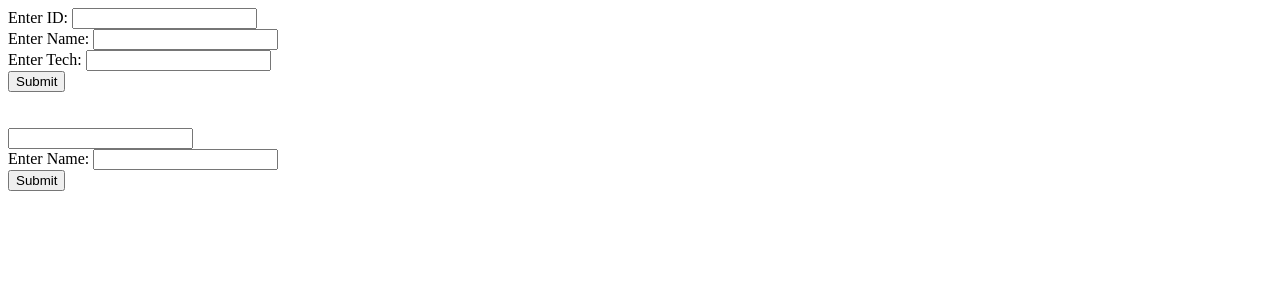
Repository: gobsyats/SpringBootWebJPA
Page: http://localhost/SpringBootJPA/home.jsp
An editor plug-in stored every save of this project. The page is shown before and after the next save, followed by the edit.
The browser window is 1280 px wide. The pictures show the whole page.
The page is served by Tomcat 9.

Above is the page before, as saved 2020-02-14 06:34:06.

After the next save:
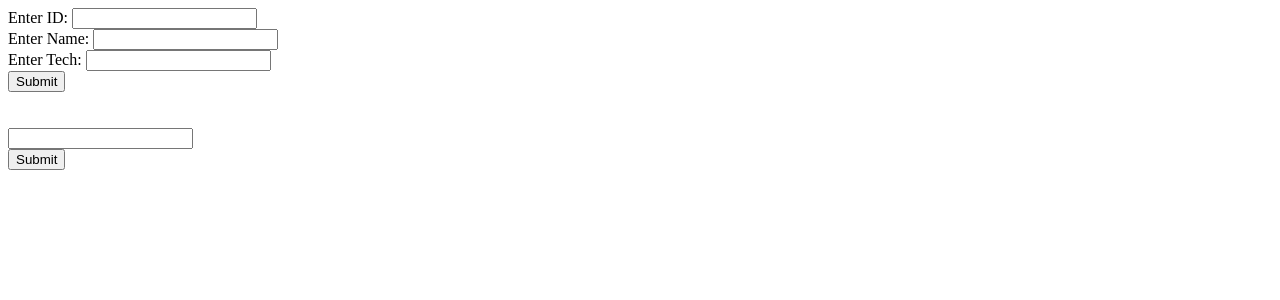
Saved 6 s later.
--- a/SpringBootJPA/src/main/webapp/home.jsp
+++ b/SpringBootJPA/src/main/webapp/home.jsp
@@ -16,7 +16,6 @@
 	<br><br>
 	<form action = "getAlien">
 		<input type = "text" name = "aid"><br>
-		Enter Name: <input type = "text" name = "aname"><br>
 		<input type = "submit"><br>
 	</form>
 </body>
